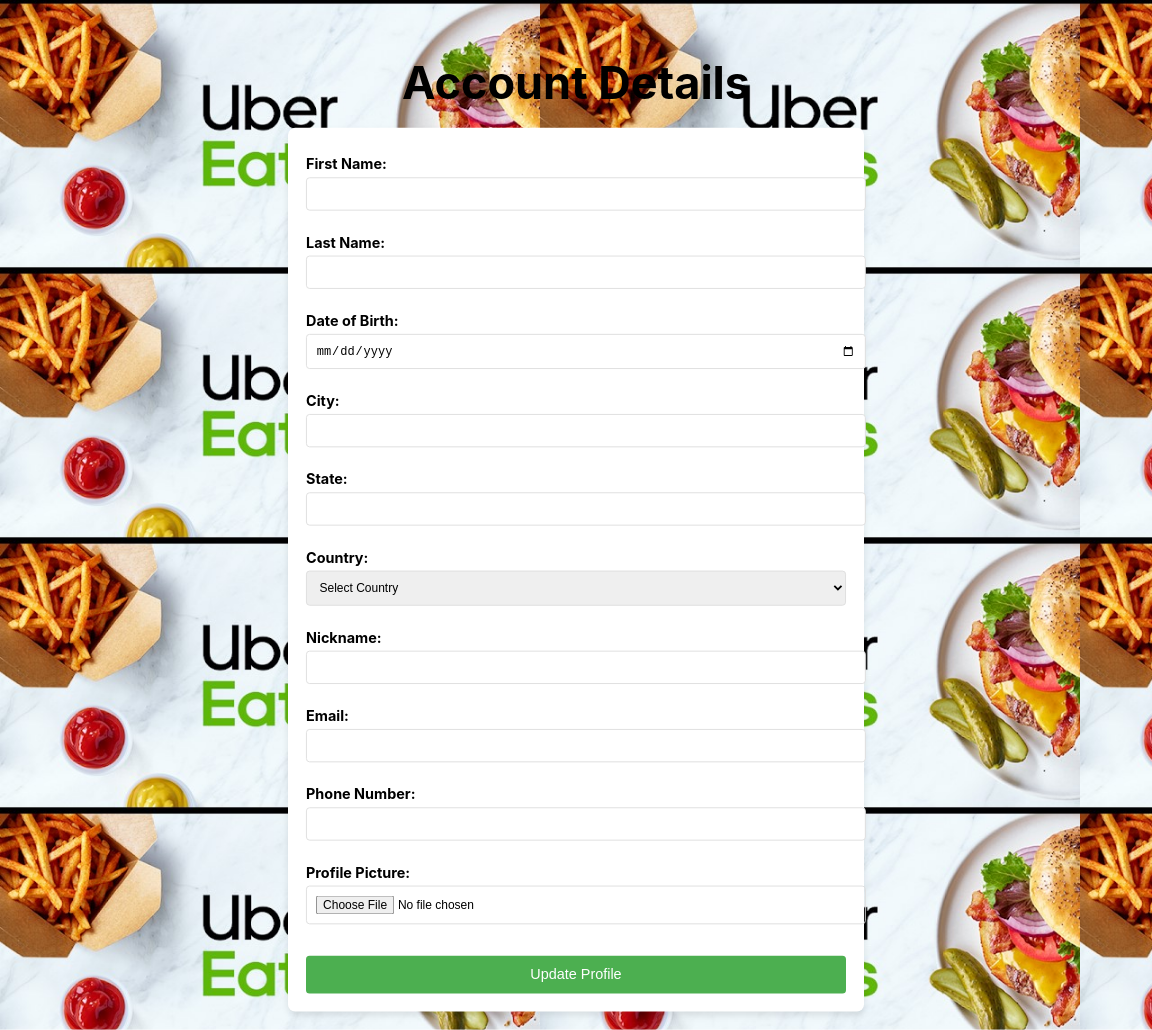
Repository: hamsaram14/dummy4
Page: /profile (app in frontend1/)
These files come from the project's save history. The page is drawn as it stood at one moment and after a run of saves; the edit follows.
The browser window is 1280 px wide. The pictures show the whole page, at 90% of full size.
The page's requests for data from a server got no answer. The project was rebuilt for these pictures with package versions that can differ from the ones it lists, and the page was loaded fresh each time. No one was signed in, and anything a server would have sent is missing.

Above is the page before, as saved 2024-10-11 22:44:36.

After the next 2 saves:
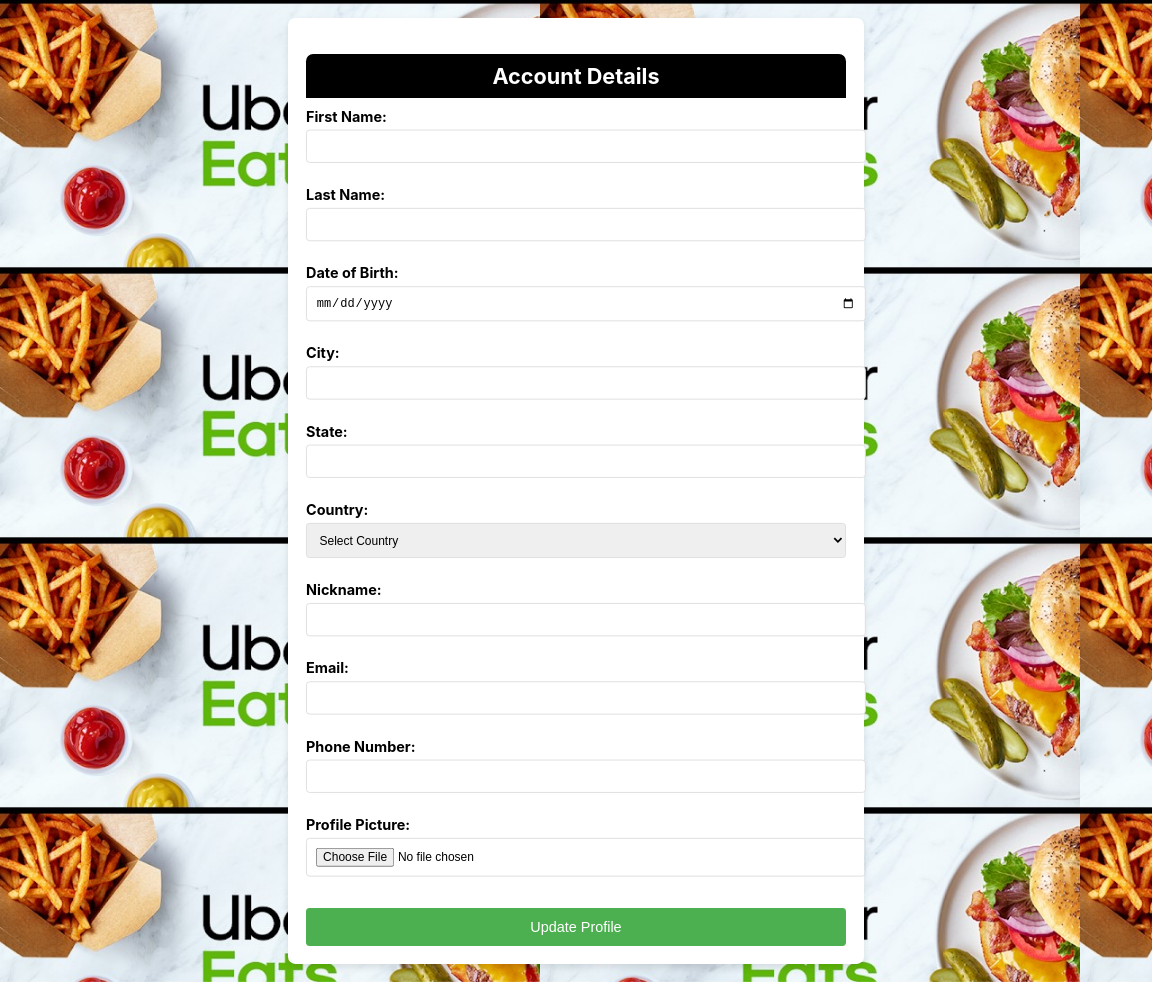
The 2 saves are shown as one change because 1 did not build or start.
The last was saved 56 s later.
--- a/frontend1/src/components/ProfilePage.js
+++ b/frontend1/src/components/ProfilePage.js
@@ -19,14 +19,9 @@
     const [message, setMessage] = useState('');
     const [profileImage, setProfileImage] = useState(null);
 
-    // Fetch profile and countries data on component load
     useEffect(() => {
-        console.log("Loading ProfilePage...");
-        axios.get('http://127.0.0.1:8000/api/customer/profile/') // Ensure this URL is correct
-            .then(response => {
-                console.log("Profile data fetched:", response.data);
-                setProfile(response.data);
-            })
+        axios.get('http://127.0.0.1:8000/api/customer/profile/')
+            .then(response => setProfile(response.data))
             .catch(error => console.error('Error fetching profile:', error));
 
         axios.get('https://restcountries.com/v3.1/all')
@@ -34,17 +29,14 @@
             .catch(error => console.error('Error fetching countries:', error));
     }, []);
 
-    // Handle input change for form fields
     const handleChange = (e) => {
         setProfile({ ...profile, [e.target.name]: e.target.value });
     };
 
-    // Handle profile picture upload
     const handleImageChange = (e) => {
         setProfileImage(e.target.files[0]);
     };
 
-    // Submit profile updates
     const handleSubmit = async (e) => {
         e.preventDefault();
         const formData = new FormData();
@@ -57,7 +49,6 @@
             const response = await axios.put('http://127.0.0.1:8000/api/customer/profile/', formData, {
                 headers: { 'Content-Type': 'multipart/form-data' }
             });
-            console.log("Profile updated:", response.data);
             setMessage('Profile updated successfully!');
             setProfile(response.data);
         } catch (error) {
@@ -68,15 +59,15 @@
 
     return (
         <div className="profile-page">
-            <h2>Account Details</h2>
-            {message && <p className="message">{message}</p>}
             <div className="profile-container">
+                <div className="profile-heading">Account Details</div>
+                {message && <p className="message">{message}</p>}
                 <form onSubmit={handleSubmit}>
                     <label>First Name:</label>
                     <input
                         type="text"
                         name="first_name"
-                        value={profile.first_name || ''}
+                        value={profile.first_name}
                         onChange={handleChange}
                     />
 
@@ -84,7 +75,7 @@
                     <input
                         type="text"
                         name="last_name"
-                        value={profile.last_name || ''}
+                        value={profile.last_name}
                         onChange={handleChange}
                     />
 
@@ -92,7 +83,7 @@
                     <input
                         type="date"
                         name="date_of_birth"
-                        value={profile.date_of_birth || ''}
+                        value={profile.date_of_birth}
                         onChange={handleChange}
                     />
 
@@ -100,7 +91,7 @@
                     <input
                         type="text"
                         name="city"
-                        value={profile.city || ''}
+                        value={profile.city}
                         onChange={handleChange}
                     />
 
@@ -108,27 +99,23 @@
                     <input
                         type="text"
                         name="state"
-                        value={profile.state || ''}
+                        value={profile.state}
                         onChange={handleChange}
                     />
 
                     <label>Country:</label>
-                    <select name="country" value={profile.country || ''} onChange={handleChange}>
+                    <select name="country" value={profile.country} onChange={handleChange}>
                         <option value="">Select Country</option>
-                        {countries.length > 0 ? (
-                            countries.map(country => (
-                                <option key={country} value={country}>{country}</option>
-                            ))
-                        ) : (
-                            <option>Loading...</option>
-                        )}
+                        {countries.map(country => (
+                            <option key={country} value={country}>{country}</option>
+                        ))}
                     </select>
 
                     <label>Nickname:</label>
                     <input
                         type="text"
                         name="nickname"
-                        value={profile.nickname || ''}
+                        value={profile.nickname}
                         onChange={handleChange}
                     />
 
@@ -136,7 +123,7 @@
                     <input
                         type="email"
                         name="email"
-                        value={profile.email || ''}
+                        value={profile.email}
                         onChange={handleChange}
                     />
 
@@ -144,7 +131,7 @@
                     <input
                         type="text"
                         name="phone_number"
-                        value={profile.phone_number || ''}
+                        value={profile.phone_number}
                         onChange={handleChange}
                     />
 
